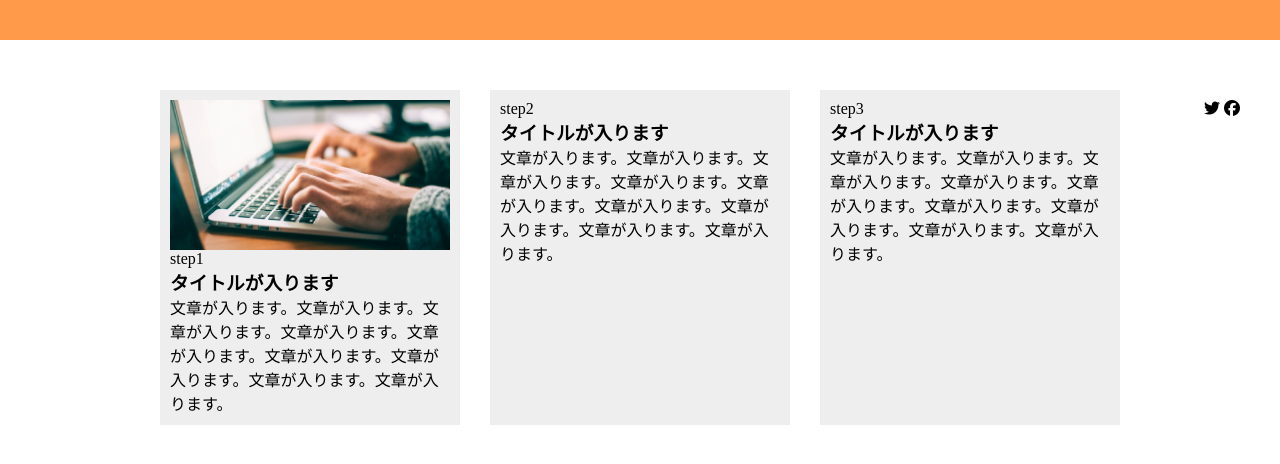
Repository: 825814/caravan2
Page: chapter9/index.html
The author's editor kept a record of every edit. The page is drawn from the files as they stood at one moment, then again after the next edit.
The browser window is 1280 px wide. The pictures show the whole page.
Some web libraries are served in a nearby version.

Above is the page before.

After the next edit:
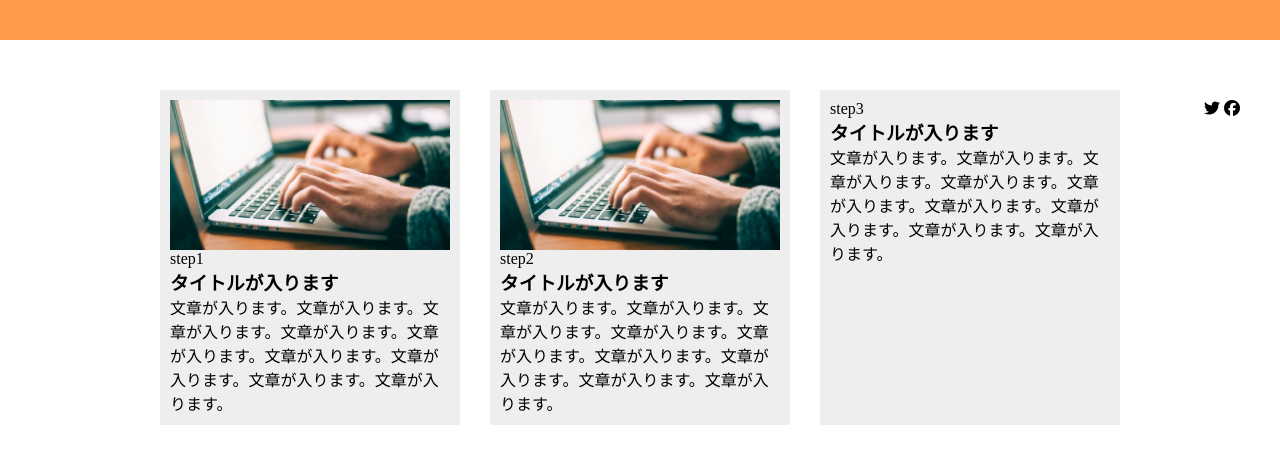
The edit:
--- a/chapter9/style.css
+++ b/chapter9/style.css
@@ -44,7 +44,7 @@
   background-size: cover;
 }
 
-.step-img1 {
+.step-img2 {
   height: 150px;
   background-image: url(img/flow01.png);
   background-position: bottom;
